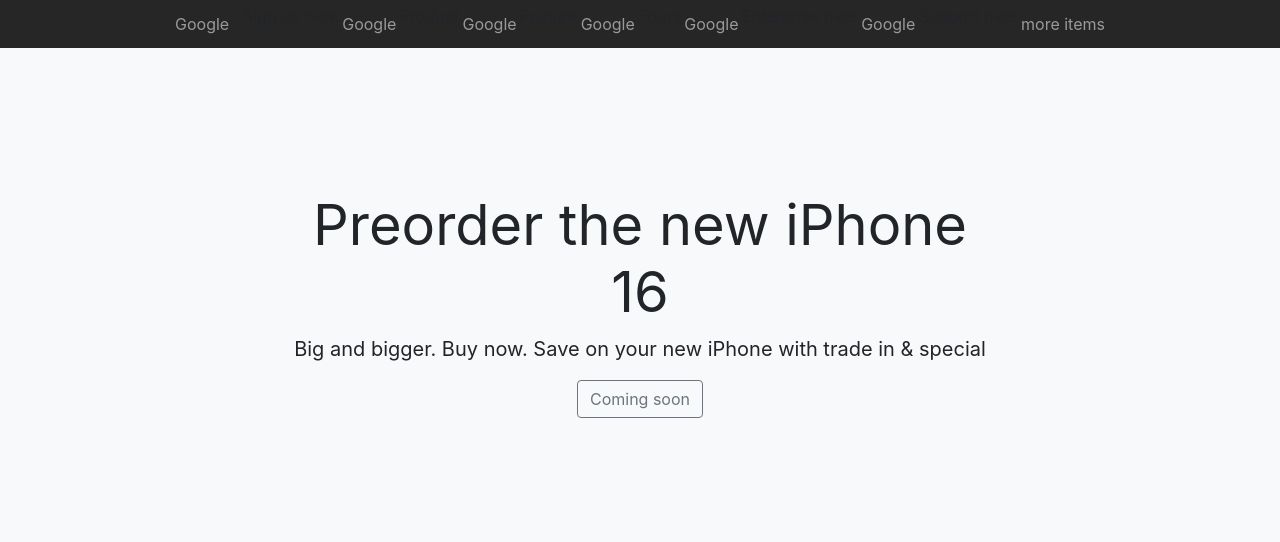
Repository: easonxu2333/YimingXuWebsite
Page: LearnCS8-Twilio/index.html
The author's editor kept a record of every edit. The page is drawn from the files as they stood at one moment, then again after the next edit.
The browser window is 1280 px wide. The pictures show the part of the page from y = 0 to 542 px (the page is 1147 px tall).
A picture or video elsewhere on the page could not be fetched, so the positions and the page height are approximate.

Above is the page before.

### LearnCS8-Twilio/index.html
<!doctype html>
<html lang="en">
  <head>
    <!-- Required meta tags -->
    <meta charset="utf-8">
    <meta name="viewport" content="width=device-width, initial-scale=1, shrink-to-fit=no">
    <meta name="description" content="new iphone 16">
    <meta name="author" content="yxu286">

    <!-- Bootstrap CSS -->
    <link rel="stylesheet" href="https://stackpath.bootstrapcdn.com/bootstrap/4.5.2/css/bootstrap.min.css" integrity="sha384-JcKb8q3iqJ61gNV9KGb8thSsNjpSL0n8PARn9HuZOnIxN0hoP+VmmDGMN5t9UJ0Z" crossorigin="anonymous">

    <!-- Title of your Website -->
    <title> Apple Iphone 16 </title>
    <link href="product.css" rel="stylesheet">
  </head>
  <body>
    <nav class="site-header sticky-top py-1">
    <!-- Top Menu Bar -->
    <div class="container d-flex flex-column flex-md-row justify-content-between">

         <a class="py-2 d-none d-md-inline-block" id="menu-item-1" href="https://google.com" target="iphone sgn up">Google</a>>Sign up here</a>
        <a class="py-2 d-none d-md-inline-block" id="menu-item-2" href="https://google.com" target="iphone product">Google</a>Product</a>
        <a class="py-2 d-none d-md-inline-block" id="menu-item-4" href="https://google.com" target="iphone feature">Google</a>Feature</a>
        <a class="py-2 d-none d-md-inline-block" id="menu-item-3" href="https://google.com" target="iphone tour">Google</a>Tours</a>
        <a class="py-2 d-none d-md-inline-block" id="menu-item-5" href="https://google.com" target="iphone enterprise">Google</a>Enterprise here</a>
        <a class="py-2 d-none d-md-inline-block" id="menu-item-6" href="https://google.com" target="iphone support">Google</a>Support here</a>

        <a class="py-2 d-none d-md-inline-block" id="menu-item-7" href="#">more items</a>
    </div>
</nav>
<!-- Main Header Section h1-->
<div class="position-relative overflow-hidden p-3 p-md-5 m-md-0 text-center bg-light">
    <div class="col-md-8 p-lg-5 mx-auto my-5">
        <h1 class="display-4 font-weight-normal">Preorder the new iPhone 16</h1>
        <p class="lead font-weight-normal"> Big and bigger. Buy now. Save on your new iPhone with trade in & special</p>
        <a class="btn btn-outline-secondary" href="#">Coming soon</a>
    </div>
</div>
<!-- Left Tile -->
<div class="d-md-flex flex-md-equal w-100">
    <div class="bg-dark pt-3 px-3 pt-md-5 px-md-5 text-center text-white overflow-hidden">
        <div class="my-3 py-3">
            <h2 class="display-5">Sign up</h2>
            <p class="lead">Sign up now to get instant access to our educational content</p>
        </div>
        <!-- Web form when submitted will send a text message -->
        <form class="p-2" onsubmit="sendTextMessage(); return false;">
            <!-- Full Name Form Field -->
            <div class="form-group">
                <label for="example-first-name">Full Name</label>
                <input type="text" value="Full Name" class="form-control" id="example-first-name" aria-describedby="emailHelp">
            </div>
            <!-- Phone Number Form Field -->
            <div class="form-group">
                <label for="example-tel-input">Phone number</label>
                <input type="tel" class="form-control" value="1408555555" id="example-tel-input">
            </div>
            <!-- JavaScript that handles onSubmit logic -->
            <!-- Configure the XHR request below with your own credentials -->
            <script>
            function sendTextMessage() {
                console.log("Hello world!");
                var xhr = new XMLHttpRequest();
                var accountSID = "ACeb3c9944f04353fc37d5d6d77666aba0";
                var authToken = "1e9356301dc24455b6ad8034975e908e";
                var base64encoded = accountSID + ":" + authToken;
                var params = "To=" + document.getElementById('example-tel-input').value + "&From=" + "18777143639" + "&Body=" + "Hello " + document.getElementById('example-first-name').value + " nice job on sending your first SMS with APIs."
                xhr.open("POST", "https://api.twilio.com/2010-04-01/Accounts/" + accountSID + "/Messages.json", true);
                xhr.setRequestHeader('Content-Type', 'application/x-www-form-urlencoded');
                xhr.setRequestHeader('Authorization', 'Basic ' + btoa(base64encoded));
                xhr.send(params);
            }
            </script>
            <!-- Submit button that will execute the sendTextMessage function -->
            <button type="submit" class="btn btn-primary">Submit</button>
        </form>
    </div>
    <!-- Right Tile -->
    <div class="bg-light pt-3 px-3 pt-md-5 px-md-5 text-center overflow-hidden">
        <div class="my-3 p-3">
            <h2 class="display-5"> Buy it now </h2>
            <p class="lead"> Iphone 16. iOS 20. 6 colors. 6G. All-day battery life. Ceramic Shield </p>
            <img class="mx-auto" src="https://i.ytimg.com/vi/ri1xbDEbo5U/maxresdefault.jpg" height="250px">
        </div>
        <div class="mx-auto" style="width: 80%; height: 100px; border-radius: 21px 21px 0 0;"></div>
    </div>
</div>

  </body>
</html>

### LearnCS8-Twilio/product.css
.container {
  max-width: 960px;
}

/*
 * Custom translucent site header
 */

.site-header {
  background-color: rgba(0, 0, 0, .85);
  -webkit-backdrop-filter: saturate(180%) blur(20px);
  backdrop-filter: saturate(180%) blur(20px);
}
.site-header a {
  color: #999;
  transition: ease-in-out color .15s;
}
.site-header a:hover {
  color: #fff;
  text-decoration: none;
}

/*
 * Dummy devices (replace them with your own or something else entirely!)
 */

.product-device {
  position: absolute;
  right: 10%;
  bottom: -30%;
  width: 300px;
  height: 540px;
  background-color: #333;
  border-radius: 21px;
  -webkit-transform: rotate(30deg);
  transform: rotate(30deg);
}

.product-device::before {
  position: absolute;
  top: 10%;
  right: 10px;
  bottom: 10%;
  left: 10px;
  content: "";
  background-color: rgba(255, 255, 255, .1);
  border-radius: 5px;
}

.product-device-2 {
  top: -25%;
  right: auto;
  bottom: 0;
  left: 5%;
  background-color: #e5e5e5;
}


/*
 * Extra utilities
 */

.flex-equal > * {
  -ms-flex: 1;
  flex: 1;
}
@media (min-width: 768px) {
  .flex-md-equal > * {
    -ms-flex: 1;
    flex: 1;
  }
}

.overflow-hidden { overflow: hidden; }

After the next edit:
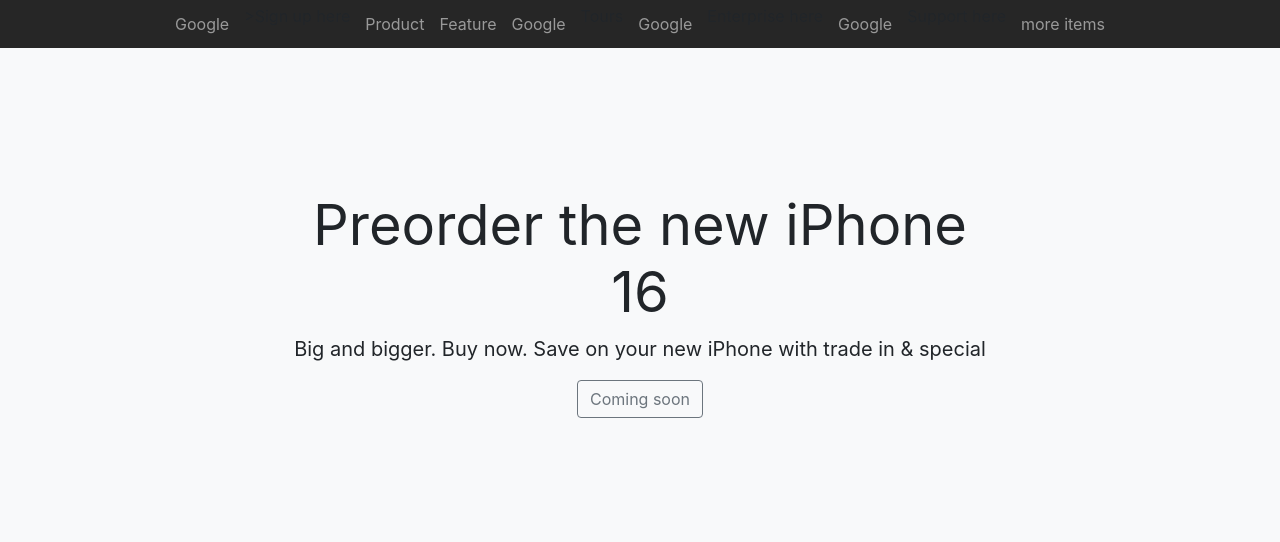
The edit:
--- a/LearnCS8-Twilio/index.html
+++ b/LearnCS8-Twilio/index.html
@@ -20,8 +20,8 @@
     <div class="container d-flex flex-column flex-md-row justify-content-between">
 
          <a class="py-2 d-none d-md-inline-block" id="menu-item-1" href="https://google.com" target="iphone sgn up">Google</a>>Sign up here</a>
-        <a class="py-2 d-none d-md-inline-block" id="menu-item-2" href="https://google.com" target="iphone product">Google</a>Product</a>
-        <a class="py-2 d-none d-md-inline-block" id="menu-item-4" href="https://google.com" target="iphone feature">Google</a>Feature</a>
+        <a class="py-2 d-none d-md-inline-block" id="menu-item-2" href="https://google.com" target="iphone product">Product</a>
+        <a class="py-2 d-none d-md-inline-block" id="menu-item-4" href="https://google.com" target="iphone feature">Feature</a>
         <a class="py-2 d-none d-md-inline-block" id="menu-item-3" href="https://google.com" target="iphone tour">Google</a>Tours</a>
         <a class="py-2 d-none d-md-inline-block" id="menu-item-5" href="https://google.com" target="iphone enterprise">Google</a>Enterprise here</a>
         <a class="py-2 d-none d-md-inline-block" id="menu-item-6" href="https://google.com" target="iphone support">Google</a>Support here</a>
